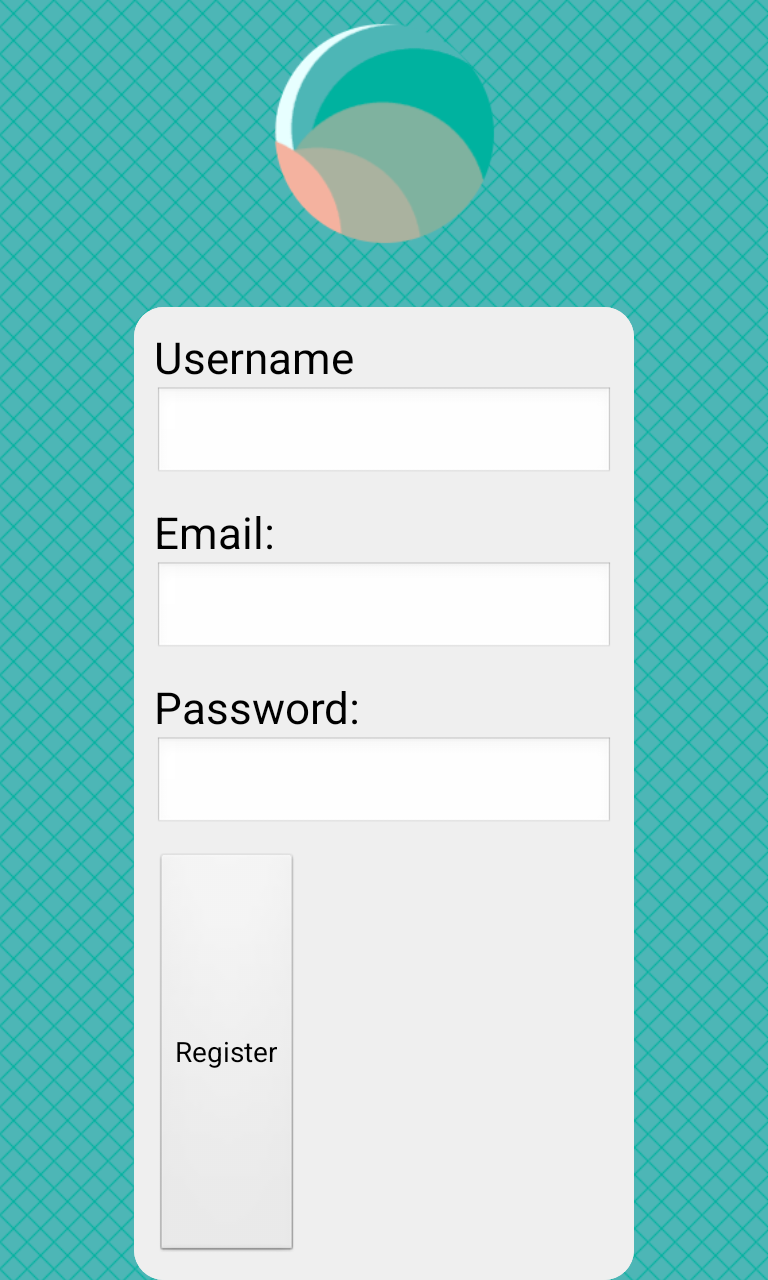
Repository: ppamorim/Coderock-X
Layout: workspace-Android/teste1/res/layout/activity_register.xml
The author's editor kept a copy of each file at every save. The layout is drawn from the files as they stood at one save, then again after the next save.
It is drawn on a 768 x 1280 px phone screen (xhdpi) without system bars, with theme android:Theme.NoTitleBar; the app's code is not run.

Above is the layout before, as saved 2014-01-05 23:20:27.

### workspace-Android/teste1/res/layout/activity_register.xml
<?xml version="1.0" encoding="utf-8"?>
<LinearLayout xmlns:android="http://schemas.android.com/apk/res/android"
    android:layout_width="match_parent"
    android:layout_height="match_parent"
    android:background="@drawable/background"
    android:orientation="vertical" >

    <ImageView
    android:layout_width="fill_parent"
    android:layout_height="wrap_content"
    android:contentDescription="@string/app_name"
    android:scaleType="centerInside"
    android:src="@drawable/splash" />

    <FrameLayout
        android:layout_width="250dp"
        android:layout_height="wrap_content"
        android:layout_gravity="center"
        android:layout_marginTop="20dp">

        <LinearLayout
            android:layout_width="match_parent"
            android:layout_height="match_parent"
            android:background="@layout/rounded"
            android:orientation="vertical" >

        	<LinearLayout
            android:layout_width="match_parent"
            android:layout_height="match_parent"
            android:background="@layout/rounded"
            android:orientation="vertical" >

        	    <TextView
                android:id="@+id/TextUsername"
                android:layout_width="wrap_content"
                android:layout_height="wrap_content"
                android:text="@string/username"
                android:textColor="#000"
                android:layout_marginTop="10dp"
                android:layout_marginLeft="10dp"
            	android:layout_marginRight="10dp"
                android:textAppearance="?android:attr/textAppearanceLarge" />

            	<EditText
            	android:id="@+id/Username"
            	android:layout_width="match_parent"
            	android:layout_height="wrap_content"
            	android:layout_marginLeft="10dp"
            	android:layout_marginRight="10dp"
            	android:hint=""
            	android:ems="10" />

            	<TextView
                android:id="@+id/TextEmail"
                android:layout_width="wrap_content"
                android:layout_height="wrap_content"
                android:text="@string/Email"
                android:textColor="#000"
                android:layout_marginTop="10dp"
                android:layout_marginLeft="10dp"
            	android:layout_marginRight="10dp"
                android:textAppearance="?android:attr/textAppearanceLarge" />

            	<EditText
            	android:id="@+id/Ema"
            	android:layout_width="match_parent"
            	android:layout_height="wrap_content"
            	android:layout_marginLeft="10dp"
            	android:layout_marginRight="10dp"
            	android:hint=""
            	android:ems="10" />

            	<TextView
                android:id="@+id/textView2"
                android:layout_width="wrap_content"
                android:layout_height="wrap_content"
                android:text="@string/Password"
                android:textColor="#000"
                android:layout_marginTop="10dp"
                android:layout_marginLeft="10dp"
            	android:layout_marginRight="10dp"
                android:textAppearance="?android:attr/textAppearanceLarge" />

        		<EditText
            	android:id="@+id/Senha"
            	android:layout_width="match_parent"
            	android:layout_height="wrap_content"
            	android:layout_marginBottom="10dp"
            	android:layout_marginLeft="10dp"
            	android:layout_marginRight="10dp"
            	android:hint=""
            	android:ems="10" >
        		</EditText>

        		<LinearLayout
        		android:layout_width="fill_parent"
            	android:layout_height="240dp"
            	android:layout_weight="2"
            	android:orientation="vertical"
            	android:layout_marginBottom="10dp"
            	android:layout_marginLeft="10dp"
            	android:layout_marginRight="10dp" >

        		<Button
            	android:id="@+id/Register"
            	android:layout_width="wrap_content"
            	android:layout_height="fill_parent"
            	android:text="@string/register" />

        		<Button
            	android:id="@+id/Cancelar"
            	android:layout_width="wrap_content"
            	android:layout_height="fill_parent"
            	android:text="@string/cancel" />

        		</LinearLayout>
        	</LinearLayout>
        </LinearLayout>
    </FrameLayout>
</LinearLayout>

### workspace-Android/teste1/res/drawable-hdpi/background.xml
<?xml version="1.0" encoding="utf-8"?>
<bitmap xmlns:android="http://schemas.android.com/apk/res/android"
  android:src="@drawable/bg"
  android:tileMode="repeat" />

### workspace-Android/teste1/res/values/strings.xml
<?xml version="1.0" encoding="utf-8"?>
<resources>

    <string name="app_name">Feel</string>
    <string name="action_settings">Settings</string>
    <string name="hello_world">Hello world!</string>
    <string name="Email">Email:</string>
    <string name="Password">Password:</string>
    <string name="Resultado">Resultado:</string>
    <string name="BotaoSomar">Somar</string>
    <string name="BotaoSub">Subtrair</string>
    <string name="BotaoMulti">Multiplicar</string>
    <string name="BotaoDividir">Dividir</string>
    <string name="ok">OK</string>
    <string name="username">Username</string>
    <string name="register">Register</string>
    <string name="cancel">Cancelar</string>

</resources>

### workspace-Android/teste1/res/layout/rounded.xml
<?xml version="1.0" encoding="utf-8"?>
<layer-list xmlns:android="http://schemas.android.com/apk/res/android">
    <item>
        <shape android:shape="rectangle" >
            <corners android:radius="15dip" />
            <solid android:color="#efefef" />
            <stroke android:width="0dp" android:color="#bebfc1"/>
        </shape>
    </item>
</layer-list>

After the next save:
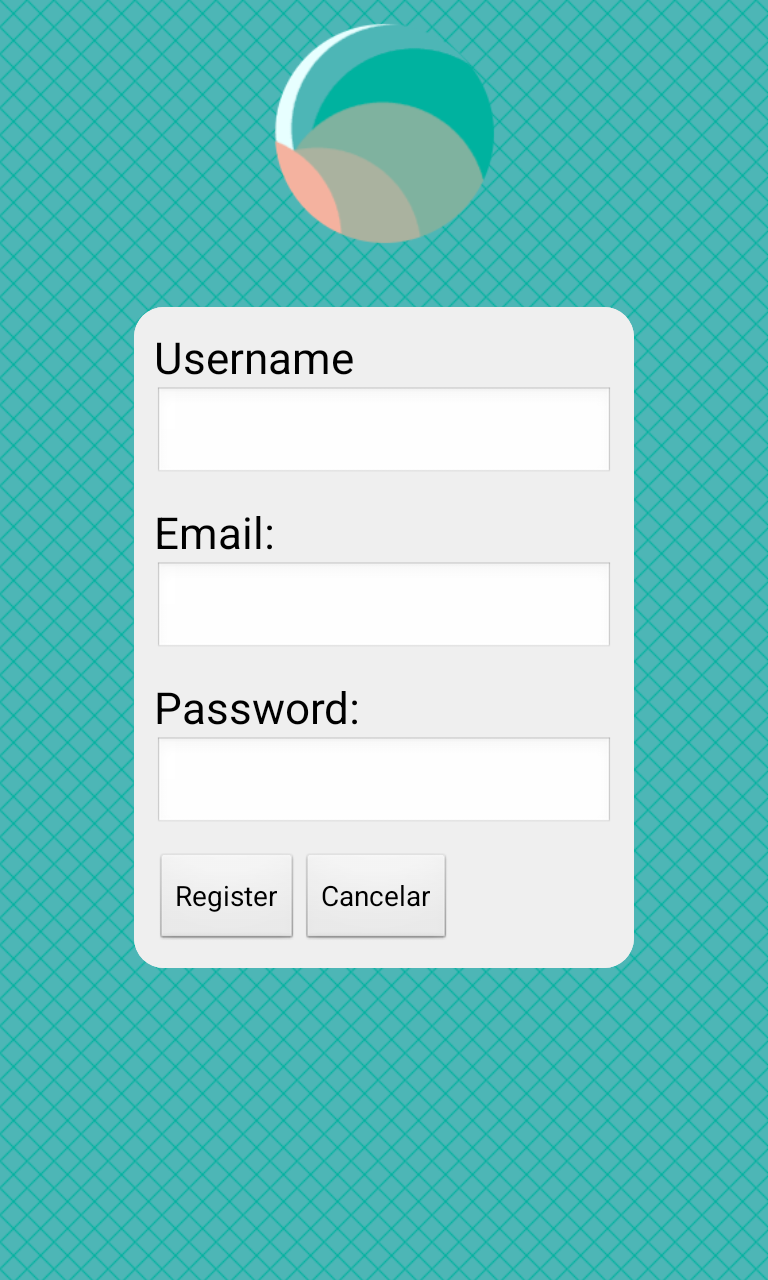
Saved 7 s later.
--- a/workspace-Android/teste1/res/layout/activity_register.xml
+++ b/workspace-Android/teste1/res/layout/activity_register.xml
@@ -94,9 +94,8 @@
 
         		<LinearLayout
         		android:layout_width="fill_parent"
-            	android:layout_height="240dp"
-            	android:layout_weight="2"
-            	android:orientation="vertical"
+            	android:layout_height="match_parent"
+            	android:orientation="horizontal"
             	android:layout_marginBottom="10dp"
             	android:layout_marginLeft="10dp"
             	android:layout_marginRight="10dp" >
